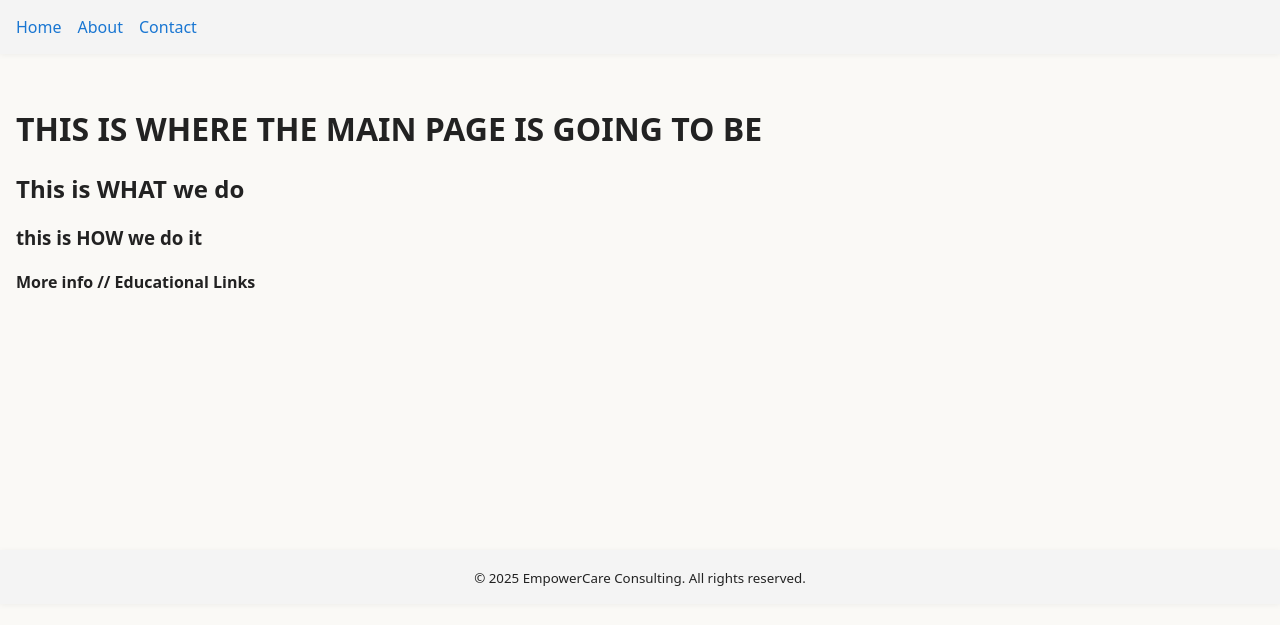
Repository: mcamarco/empowercare
Page: /
The author's editor kept a copy of each file at every save. The page is drawn from the files as they stood at one save, then again after the next save.
The browser window is 1280 px wide. The pictures show the whole page.
The project was rebuilt for these pictures with package versions that can differ from the ones it lists, and the page was loaded fresh each time. The framework's server and built-in components were replaced by stand-ins that run in the browser. Also part of the build but not shown: next.config.ts.

Above is the page before, as saved 2025-05-16 15:36:26.

### src/app/layout.tsx
import Link from "next/link";
import "./globals.css";

export const metadata = {
  title: "EmpowerCare Consulting",
  description: "Consulting and education services",
};

export default function RootLayout({ children }: { children: React.ReactNode }) {
  return (
    <html lang="en">
      <body>
        <header style={{ padding: "1rem", background: "#f4f4f4" }}>
          <nav>
            <Link href="/" style={{ marginRight: "1rem" }}>Home</Link>
            <Link href="/about" style={{ marginRight: "1rem" }}>About</Link>
            <Link href="/contact">Contact</Link>
          </nav>
        </header>
        <main style={{ minHeight: "60vh", padding: "2rem 1rem" }}>
          {children}
        </main>
        <footer style={{ padding: "1rem", background: "#f4f4f4", textAlign: "center" }}>
          <small>&copy; {new Date().getFullYear()} EmpowerCare Consulting. All rights reserved.</small>
        </footer>
      </body>
    </html>
  );
}

### src/app/page.tsx
export default function Home() {
  return (
    <main>
      <h1>THIS IS WHERE THE MAIN PAGE IS GOING TO BE </h1>
      <h2> This is WHAT we do </h2>
      <h3> this is HOW we do it</h3>
      <h4> More info // Educational Links </h4>
    </main>
  );
}

### src/app/globals.css
body {
  margin: 0;
  font-family: system-ui, sans-serif;
  background: #faf9f6;
  color: #222;
}

a {
  text-decoration: none;
  color: #1976d2;
}

a:hover {
  text-decoration: underline;
}

header, footer {
  box-shadow: 0 1px 6px rgba(0,0,0,0.05);
}

After the next save:
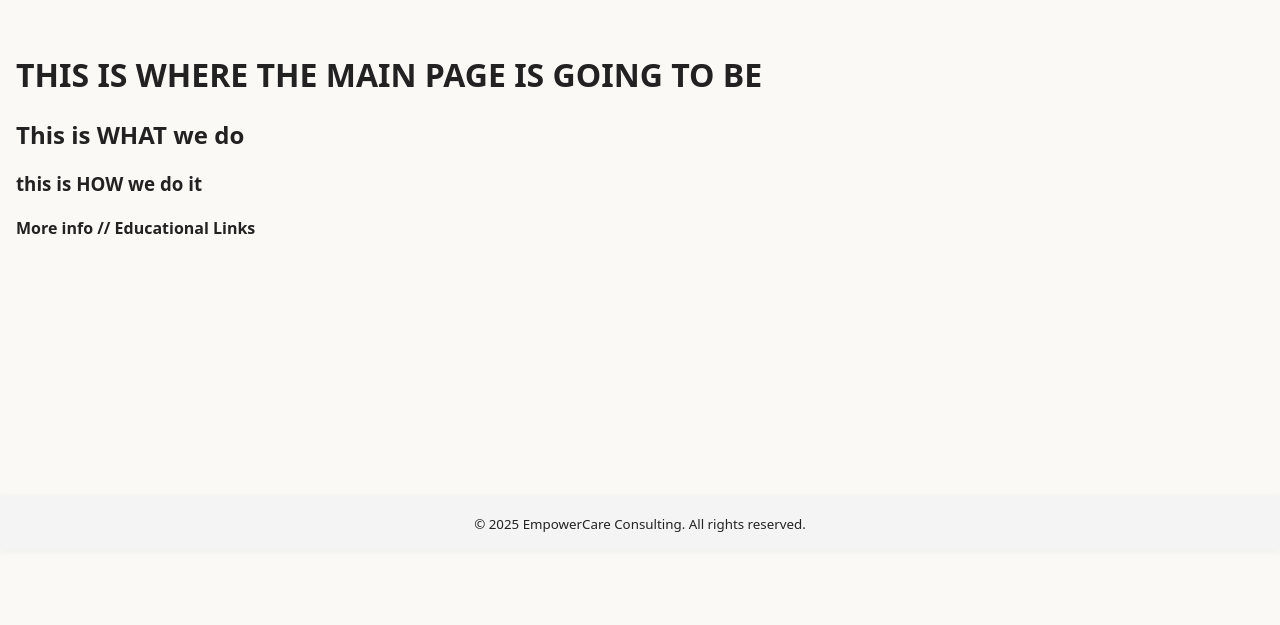
Saved 4 min 17 s later.
--- a/src/app/layout.tsx
+++ b/src/app/layout.tsx
@@ -10,13 +10,6 @@ export default function RootLayout({ children }: { children: React.ReactNode })
   return (
     <html lang="en">
       <body>
-        <header style={{ padding: "1rem", background: "#f4f4f4" }}>
-          <nav>
-            <Link href="/" style={{ marginRight: "1rem" }}>Home</Link>
-            <Link href="/about" style={{ marginRight: "1rem" }}>About</Link>
-            <Link href="/contact">Contact</Link>
-          </nav>
-        </header>
         <main style={{ minHeight: "60vh", padding: "2rem 1rem" }}>
           {children}
         </main>
